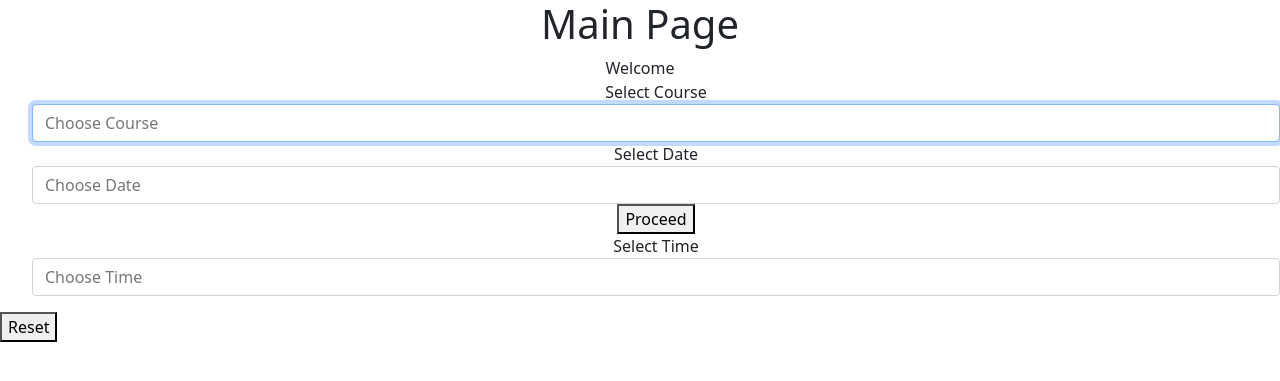
Repository: pranavrustogi/Equisym
Page: http://localhost/slot_home
These files come from the project's save history. The page is drawn as it stood at one moment and after the next save; the edit follows.
The browser window is 1280 px wide. The pictures show the whole page.
The page is this project's Thymeleaf template; nobody is signed in. The template is opened directly, without the code that normally fills it, so the values that code supplies are empty.

Above is the page before, as saved 2022-06-20 16:35:51.

### Equisym/src/main/resources/templates/slot_home.html
<!DOCTYPE html>
<html xmlns:th="http://www.thymeLeaf.org"
xmlns:sec="http://www.thymeLeaf.org/thymeLeaf-extras-springsecurity3">
<head>
<meta charset="ISO-8859-1">
<title>Slot Home</title>
<link href="https://cdn.jsdelivr.net/npm/bootstrap@5.1.3/dist/css/bootstrap.min.css" rel="stylesheet" integrity="sha384-1BmE4kWBq78iYhFldvKuhfTAU6auU8tT94WrHftjDbrCEXSU1oBoqyl2QvZ6jIW3" crossorigin="anonymous">
</head>
<body>
	<div class= "container" align="center">
		<h1> Main Page</h1>
		Welcome <span sec:authentication="principal.username" >Users</span>
	</div>
	<div align="center">
		<ul>
			<li sec:authorize="isAuthenticated()"><a th:href="@{/logout}">Logout</a></li>
			<l1>
				<form  th:action="@{/slot_home}" method="post" class="form-wrap">

				<label>Select Course</label>

				<select style="color:#777" id="slotCourse" name = "slotCourse" class="form-control" required autofocus="autofocus"  th:onchange="this.form.submit()">
				<option value="">Choose Course</option>
				<option th:each="s2: ${scourse}" th:value="${s2}" th:text = "${s2}">
				</option>
				</select>
				<!-- input  type="submit" onclick="javascript: getValue();" class="btn2 " value="Proceed"/-->
				</form>
			</l1>
			<l1>
				<form th:action="@{/slot_home/course}" method="post" class="form-wrap">

				<label>Select Date</label>

				<select style="color:#777" id="slotdate" name = "slotdate" class="form-control" required autofocus="autofocus" th:onchange="this.form.submit()">
				<option value="">Choose Date </option>
				<option th:each="s2: ${sSlotDate}" th:value="${s2}" th:text = "${s2}">
				</option>
				</select>
				<button  type="submit" onclick="toggleText();">
				Proceed
				</button>


				</form>
			</l1>
			<l1>
				<form th:action="@{/slot_home/time}" method="post" class="form-wrap">

				<label>Select Time</label>

				<select style="color:#777" id="slottime" name = "slottime" class="form-control" required autofocus="autofocus" th:onchange="this.form.submit()">
				<option value="">Choose Time</option>
				<option th:each="s2: ${sSlotTime}" th:value="${s2.id}" th:text = "${s2.timeIn} + ' till ' + ${s2.timeOut}">
				</option>
				</select>



				</form>
			</l1>


		</ul>
	</div>
	<button  type="submit" onclick="toggleText();" th:href="@{/slot_home}">
				Reset
				</button>
</body>
<script type="text/javascript">
					function getValue()
					{
						selectElement = document.querySelector('#slotCourse');
						return selectElement.value;
					}
				</script>


				<script>
				function toggleText(){
					  var x = document.getElementById("slotCourse");
					  if (x.style.display === "none") {
					    x.style.display = "block";
					  } else {
					    x.style.display = "none";
					  }
					}

				</script>
				<script>
				function changeURL(){
					window.location.replace("http://www.w3schools.com");
					}

				</script>
</html>

After the next save:
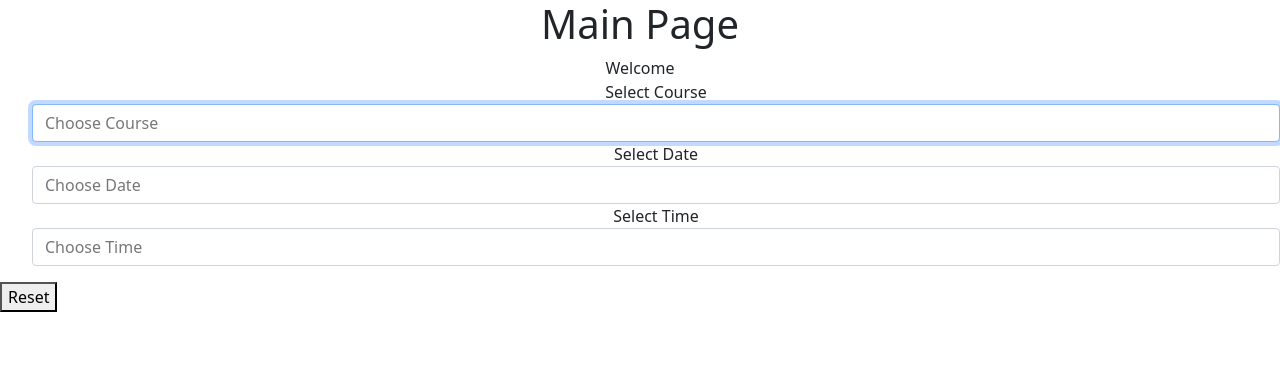
Saved 35 s later.
--- a/Equisym/src/main/resources/templates/slot_home.html
+++ b/Equisym/src/main/resources/templates/slot_home.html
@@ -37,9 +37,7 @@ xmlns:sec="http://www.thymeLeaf.org/thymeLeaf-extras-springsecurity3">
 				<option th:each="s2: ${sSlotDate}" th:value="${s2}" th:text = "${s2}">
 				</option>
 				</select>
-				<button  type="submit" onclick="toggleText();">
-				Proceed
-				</button>
+
 
 
 				</form>
